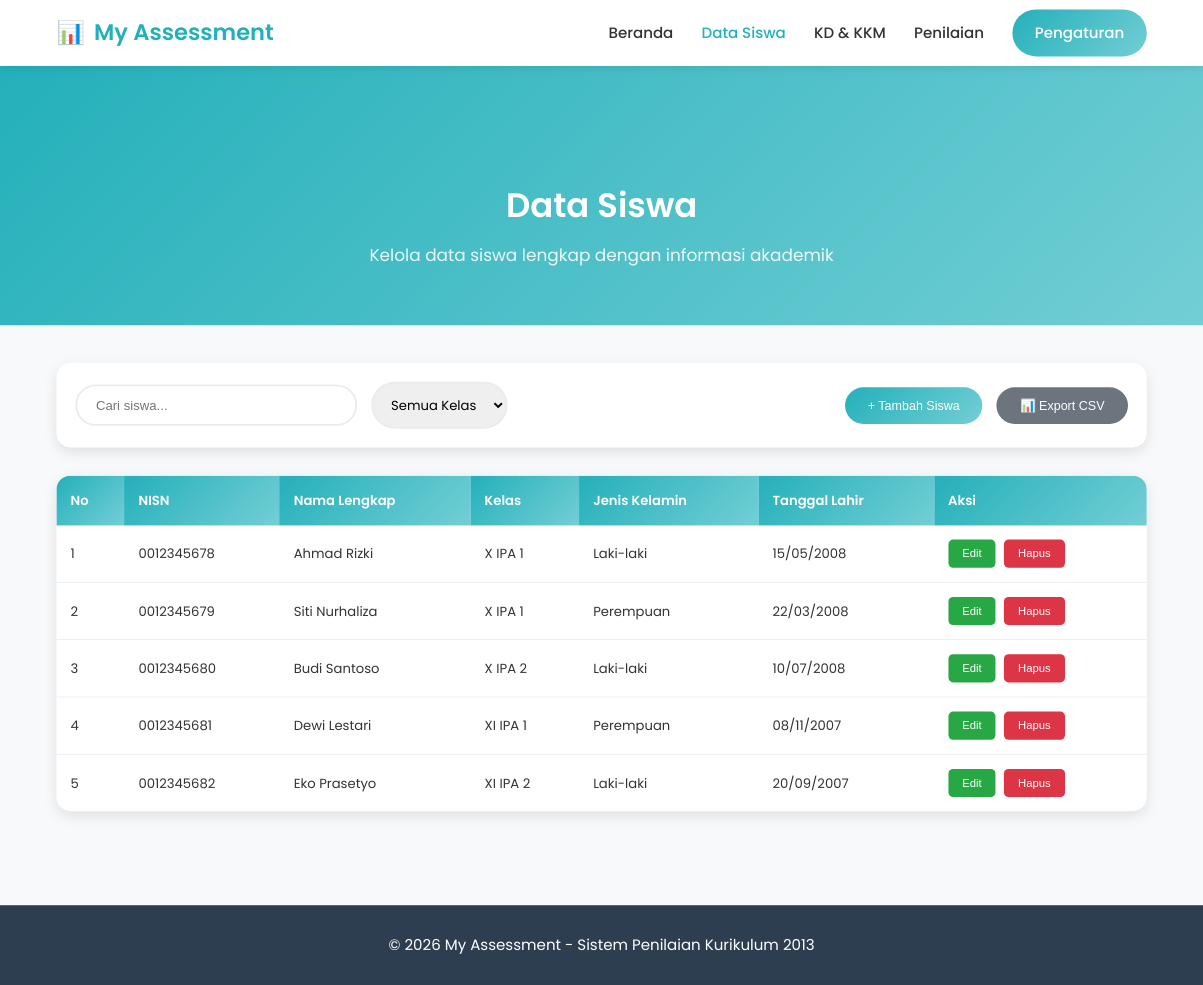
Repository: Ws529/MyAssassment_Final
Page: MyAssessment/siswa.html
These files come from the project's save history. The page is drawn as it stood at one moment and after the next save; the edit follows.
The browser window is 1280 px wide. The pictures show the whole page, at 94% of full size.

Above is the page before, as saved 2026-01-01 00:49:44.

After the next save:
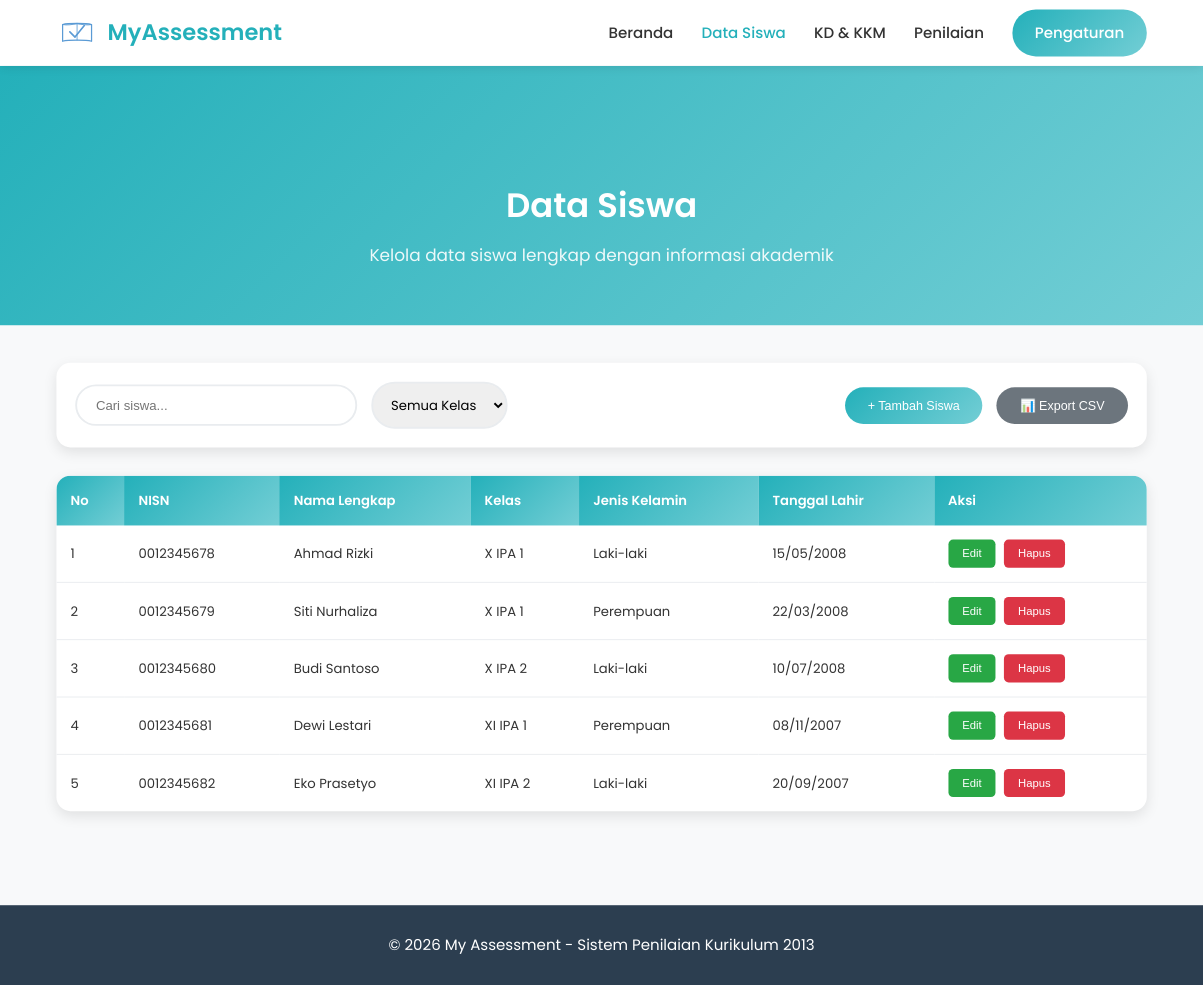
Saved 10 s later.
--- a/MyAssessment/siswa.html
+++ b/MyAssessment/siswa.html
@@ -85,8 +85,8 @@
     <nav class="navbar">
         <div class="nav-container">
             <a href="index.html" class="nav-brand">
-                <span>📊</span>
-                <span>My Assessment</span>
+                <img src="assets/img/logo.svg" alt="MyAssessment Logo" style="height: 40px; width: auto;">
+                <span>MyAssessment</span>
             </a>
             <div class="nav-menu">
                 <a href="index.html" class="nav-link">Beranda</a>
